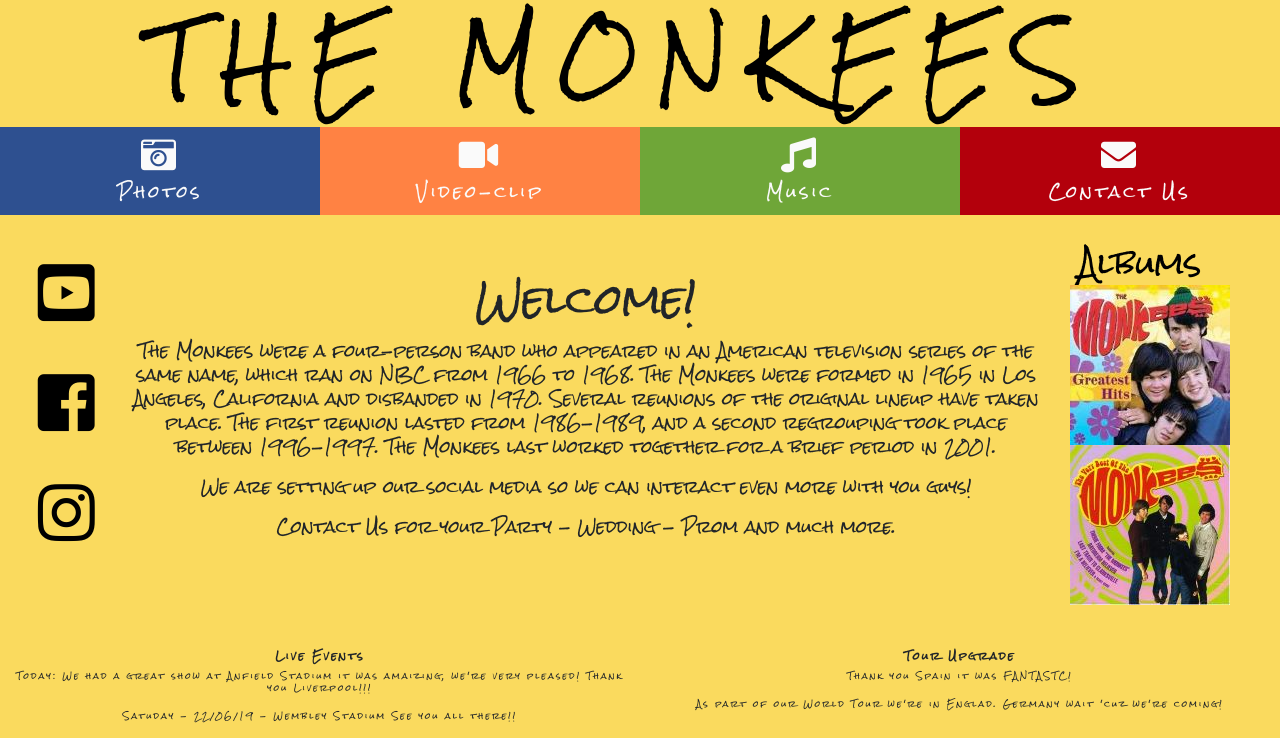
Repository: Code-Institute-Submissions/mile-stone-project
Page: index.html
The author's editor kept a record of every edit. The page is drawn from the files as they stood at one moment, then again after the next edit.
The browser window is 1280 px wide. The pictures show the whole page.
Some web libraries are served in a nearby version.

Above is the page before.

### index.html
<!DOCTYPE html>
<html lang="en">

<head>
    <meta charset="UTF-8">
    <meta name="viewport" content="width=device-width, initial-scale=1.0">
    <meta http-equiv="X-UA-Compatible" content="ie=edge">

    <!----------------------bootstrapcdn------------------------------>
    <link rel="stylesheet" href="https://stackpath.bootstrapcdn.com/bootstrap/4.3.1/css/bootstrap.min.css" type="text/css" />
    <!------------------------- fontawesomebootstrapcdn-------------------------->
    <link rel="stylesheet" href=" https://use.fontawesome.com/releases/v5.0.7/css/all.css" type="text/css" />
    <!---------------------------------------cdn hover------------------------------->
    <link rel="stylesheet" href="https://cdnjs.cloudflare.com/ajax/libs/hover.css/2.3.1/css/hover-min.css" type="text/css" />
    <!---------------------------------------------font------------------------------------>
    <link href="https://fonts.googleapis.com/css?family=Rock+Salt&display=swap" rel="stylesheet">

    <link rel="stylesheet" href="assets/style/style.css" type="text/css" />



    <title>The Monkees- Main-Page</title>
</head>


<body>

    <header>
        <div class="row container-fluid head">
            <div class="col-md-12">

                 <a href="index.html" class="index">
                <h1 style="font-size:6vw" class="title">The Monkees</h1>
                </a>
            </div>

        </div>

        <div class="container-fluid">
            <div class="row menu">
                <!----------------------------------------class= px-0 set padding to 0------------------------------->
                <div class="col-sm-3 px-0">
                    <a href="photos.html" class="photos"><i class="fas fa-camera-retro" aria-hidden="true"></i><br><span>Photos</span></a>
                </div>

                <div class="col-sm-3 px-0">
                    <a href="video-clip.html" class="videos"><i class="fas fa-video" aria-hidden="true"></i><br><span>Video-clip</span></a>
                </div>

                <div class="col-sm-3 px-0">
                    <a href="music.html" class="music"><i class="fas fa-music" aria-hidden="true"></i><br><span>Music</span></a>
                </div>

                <div class="col-sm-3 px-0">
                    <a href="contact.html" class="contact"><i class="fas fa-envelope" aria-hidden="true"></i><br><span>Contact Us</span></a>
                </div>



            </div>
        </div>

    </header>


    <section class="container-fluid">
        <div class="container-fluid">

            <!--------------------------------------<div class="w-100"></div>----force column breakdown bootstrap4.-------------------->
            <div class="row">
                <div class="col social-media">

                    <div class="youtube">
                        <a href="#" class="youtube"><i class="fab fa-youtube-square" aria-hidden="true"></i></a>
                    </div>

                    <div class="w-100"></div>

                    <div class="facebook">
                        <a href="#" class="facebook"><i class="fab fa-facebook-square" aria-hidden="true"><br></i></a>
                    </div>

                    <div class="w-100"></div>

                    <div class="instagram">
                        <a href="#" class="instagram"><i class="fab fa-instagram" aria-hidden="true"><br></i></a>
                    </div>






                </div>

                <!-------------------------------------------------------------------------------------------------->

                <div class="col-md-9 content">

                    <h1 class="content">Welcome!</h1>


                  <p class="text">

                     <p class="p1">The Monkees were a four-person band who appeared in an American television series of the same name,
                      which ran on NBC from 1966 to 1968. The Monkees were formed in 1965 in Los Angeles,
                      California and disbanded in 1970.
                      Several reunions of the original lineup have taken place.
                      The first reunion lasted from 1986-1989, and a second regrouping took place between 1996-1997.
                      The Monkees last worked together for a brief period in 2001.</p>

                    <p class="p2">We are setting up our social media so we can interact even more with you guys!</p>


                     <p class="p3">Contact Us for your Party - Wedding - Prom and much more.</p>
                 </p>



                </div>

                <!-------------------------------------------------------------------------------------------------->


                <div class="col records">

                    <div class="albums">
                        <a href="#" class="records"><span>Albums</span></a>
                    </div>

                    <div class="w-100"></div>

                    <div class="album-1">
                        <img src="assets/pics/cover.jpg"></img>
                    </div>

                    <div class="album-2">
                        <img src="assets/pics/album2.jpg"></img>
                    </div>


                </div>
            </div>

    </section>


    <footer class="container-fluid">

        <div class="row footer-details">

            <div class="col-sm-6 live-events">
                <h2 id="footer" class="uppercase">Live Events</h2>
                <p class="inline-block">
                    Today: We had a great show at Anfield Stadium it was amaizing, we're very pleased! Thank you Liverpool!!!
                </p>
                <p class="inline-block">
                    Satuday - 22/06/19 - Wembley Stadium See you all there!!
                </p>
            </div>

            <div class="col-sm-6 tour-upgrade">
                <h2 id="footer" class="uppercase">Tour Upgrade</h2>
                <p class="inline-block">
                    Thank you Spain it was FANTASTC!

                </p>
                <p class="inline-block">
                    As part of our World Tour we're in Englad. Germany wait 'cuz we're coming!

                </p>

            </div>

        </div>



    </footer>





</body>

</html>

### assets/style/style.css
@import url('https://fonts.googleapis.com/css?family=Rock+Salt&display=swap');



body {
    background-color: #fada5e;
}


.first-page {
    background-color: #fada5e;
    text-align: center;
    margin-top: 100px;
}


/*----------------------------------header------------*/

.index {
    text-decoration: none;

}


.title {
    text-align: center;
    background-color: #fada5e;
    padding: 15px;
    letter-spacing: 20px;
    margin: auto 0px;
    max-width: 100%;
    font-family: 'Rock Salt', cursive;
    text-transform: uppercase;
    color: Black;

}


/*-------------------------------Menu-------------------*/

.menu {
    margin-top: 5px;

}

/*-------------------------------photos-------------*/

.photos {
    background-color: #2e5090;
    padding-top: 10px;
    padding-bottom: 10px;
    display: block;
    font-size: 20px;
    text-align: center;
    margin: 0;
    letter-spacing: 3px;
    max-width: 100%;
    font-family: 'Rock Salt', cursive;


}

.photos i {
    color: #fafafa;
    font-size: 35px;
}

.photos span {
    color: #fafafa;
    font-size: 16px;
}


/*----------------------------------------VIDEOS-------------*/

.videos {
    background-color: #ff8243;
    padding-top: 10px;
    padding-bottom: 10px;
    display: block;
    font-size: 20px;
    text-align: center;
    margin: 0;
    letter-spacing: 3px;
    max-width: 100%;
    font-family: 'Rock Salt', cursive;

}

.videos i {
    color: #fafafa;
    font-size: 35px;
}

.videos span {
    color: #fafafa;
    font-size: 16px;
}

/*------------------------Music-------------*/

.music {
    background-color: #6FA638;
    padding-top: 10px;
    padding-bottom: 10px;
    display: block;
    font-size: 20px;
    text-align: center;
    margin: 0;
    letter-spacing: 3px;
    max-width: 100%;
    font-family: 'Rock Salt', cursive;

}

.music i {
    color: #fafafa;
    font-size: 35px;
}

.music span {
    color: #fafafa;
    font-size: 16px;
}


/*--------------------------------contact----------------------*/

.contact {
    background-color: #b3000c;
    padding-top: 10px;
    padding-bottom: 10px;
    display: block;
    font-size: 20px;
    text-align: center;
    margin: 0;
    letter-spacing: 3px;
    max-width: 100%;
    font-family: 'Rock Salt', cursive;

}

.contact i {
    color: #fafafa;
    font-size: 35px;
}

.contact span {
    color: #fafafa;
    font-size: 16px;
}

/*------------------------------------hover------------------------------*/

.photos:hover,
.music:hover,
.videos:hover,
.contact:hover {
    background-color: black;


}

a:hover {
    text-decoration: none;
}




/*---------------------------------------------Section-----------------------*/




.social-media {
    font-family: 'Rock Salt', cursive;
    text-align: center;

}



.youtube {
    display: block;
    font-size: 10px;
    text-align: center;
    margin-top: 45px;
    margin-bottom: 45px;

}

.youtube i {
    color: black;
    font-size: 65px;

}

.facebook {
    display: block;
    font-size: 10px;
    text-align: center;
    margin-top: 45px;
    margin-bottom: 45px;

}

.facebook i {
    color: black;
    font-size: 65px;

}

.instagram {
    display: block;
    font-size: 10px;
    text-align: center;
    margin-top: 45px;
    margin-bottom: 45px;
}


.instagram i {
    color: black;
    font-size: 65px;

}





/*-------------------------------------Content-------------------------------------*/

.content {
    font-family: 'Rock Salt', cursive;
    text-align: center;
    padding-top: 30px;
}

.content img {
    text-align: center;

}


.contact-page {
    margin: 0;
    padding: 15px;
    text-align: center;
}

.content-video {
    text-align: center;
    margin-top: 50px;
}

.content-contact {
    font-family: 'Rock Salt', cursive;
    text-align: center;
    padding-top: 15px;
    margin-bottom: 10px;
}

.form-control {
    width: 500px;
    margin: auto;
    padding: 0;
}

/*--------------------------------------------------Albums---------------------*/

.records {
    font-family: 'Rock Salt', cursive;
    font-size: 30px;
    text-align: center;
    margin-top: 25px;
    margin-bottom: 45px;
    margin-right: 20px;
    color: black;


}


.band {
    font-family: 'Rock Salt', cursive;
    font-size: 30px;
    text-align: center;
    margin-top: 25px;
    margin-bottom: 45px;
    margin-right: 20px;
    color: black;

}



.text {
    text-align: justify;
}



/*--------------------------------footer-details-------------------*/

footer {
    position: relative;
    right: 0;
    bottom: 0;
    left: 0;


}

.footer-details {
    background-color: #fada5e;
    font-family: 'Rock Salt', cursive;
    font-size: 8px;
    text-align: center;
    letter-spacing: 2px;
}

#footer {
    font-size: 10px;
    font-weight: bolder;

}






/*---------------------------------------------Contact - page --------------*/

.contact-page {
    text-align: center;
    max-width: 50%;
    margin: 0;
    padding: 0;

}


/*-------------------------------------@media-------------------------------*/

@media (max-width: 767px) {
    .records {
        display: none;
    }
    footer {
        display: none;
    }

    .form-control {
        width: 100%;
        height: auto;
    }
}


@media (max-width: 1024px) {
    .records {
        display: none;
    }

    iframe {
        width: 320px;
        height: 240px;
    }


}


@media (min-width: 1024px) {
    iframe {
        width: 460px;
        height: 320px;
    }
}

@media (max-width: 762px) {
    .social-media {
        display: inherit;
        letter-spacing: 3.5rem;

    }

    .youtube, .instagram, .facebook {
        margin-top: 15px;
        margin-bottom: 15px;

    }

    .col-md-9 {
        padding: 0;
    }


}

After the next edit:
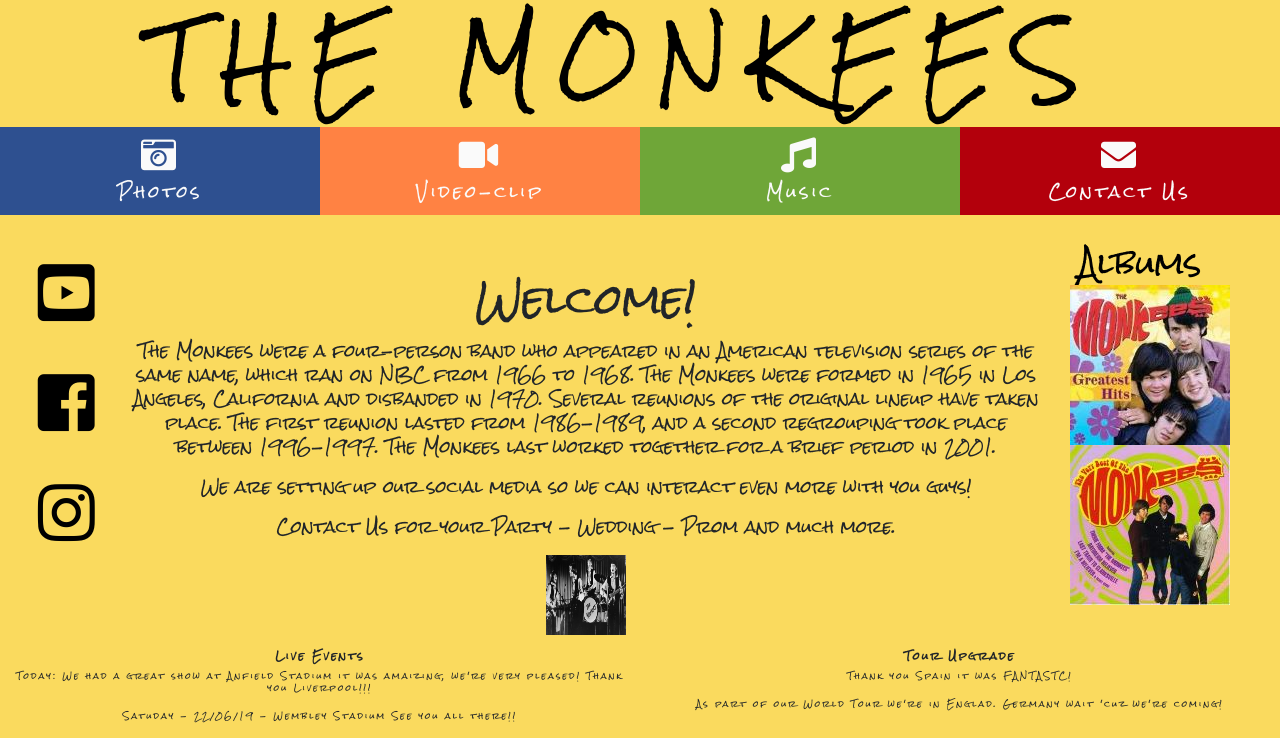
The edit:
--- a/index.html
+++ b/index.html
@@ -29,8 +29,8 @@
         <div class="row container-fluid head">
             <div class="col-md-12">
 
-                 <a href="index.html" class="index">
-                <h1 style="font-size:6vw" class="title">The Monkees</h1>
+                <a href="index.html" class="index">
+                    <h1 style="font-size:6vw" class="title">The Monkees</h1>
                 </a>
             </div>
 
@@ -100,20 +100,21 @@
                     <h1 class="content">Welcome!</h1>
 
 
-                  <p class="text">
+                    <p class="text">
 
-                     <p class="p1">The Monkees were a four-person band who appeared in an American television series of the same name,
-                      which ran on NBC from 1966 to 1968. The Monkees were formed in 1965 in Los Angeles,
-                      California and disbanded in 1970.
-                      Several reunions of the original lineup have taken place.
-                      The first reunion lasted from 1986-1989, and a second regrouping took place between 1996-1997.
-                      The Monkees last worked together for a brief period in 2001.</p>
+                        <p class="p1">The Monkees were a four-person band who appeared in an American television series of the same name, which ran on NBC from 1966 to 1968. The Monkees were formed in 1965 in Los Angeles, California and disbanded in 1970. Several reunions
+                            of the original lineup have taken place. The first reunion lasted from 1986-1989, and a second regrouping took place between 1996-1997. The Monkees last worked together for a brief period in 2001.</p>
 
-                    <p class="p2">We are setting up our social media so we can interact even more with you guys!</p>
+                        <p class="p2">We are setting up our social media so we can interact even more with you guys!</p>
 
 
-                     <p class="p3">Contact Us for your Party - Wedding - Prom and much more.</p>
-                 </p>
+                        <p class="p3">Contact Us for your Party - Wedding - Prom and much more.</p>
+                    </p>
+
+
+                    <a href="assets/pics/monkees.jpg">
+                        <img src="assets/pics/monkees.jpg" class="img-responsive" style="width:80px;height:80px">
+                    </a>
 
 
 
